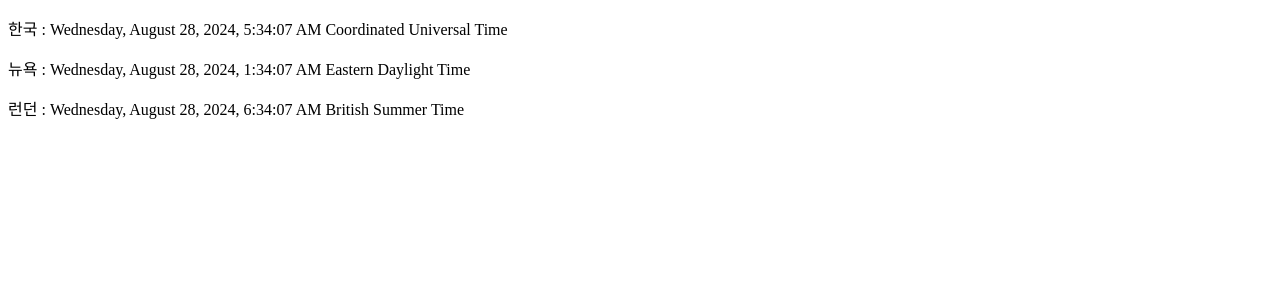
Repository: zhyuk/FullStackStudy
Page: http://localhost/jsptwo/13_02_jstl_fmt05.jsp
An editor plug-in stored every save of this project. The page is shown before and after the next save, followed by the edit.
The browser window is 1280 px wide. The pictures show the whole page.
The page is served by Tomcat 9. Other server files are loaded and not shown.

Above is the page before, as saved 2024-08-30 06:39:05.

### jsp/jspwork/jsptwo/src/main/webapp/13_02_jstl_fmt05.jsp
<%@ page language="java" contentType="text/html; charset=UTF-8"
    pageEncoding="UTF-8"%>
<%@ taglib prefix="fmt" uri="http://java.sun.com/jsp/jstl/fmt" %>
<!DOCTYPE html>
<html>
<head>
<meta charset="UTF-8">
<title>Insert title here</title>
</head>
<body>
	<jsp:useBean id="now" class="java.util.Date"/>
	<p>한국 : <fmt:formatDate value="${now}" type="both" dateStyle="full" timeStyle="full"/></p>

	<p>
		<fmt:timeZone value="America/New_York">
		뉴욕 : <fmt:formatDate value="${now}" type="both" dateStyle="full" timeStyle="full"/>
		</fmt:timeZone>
	</p>

	<p>
		<fmt:timeZone value="Europe/London">
		런던 : <fmt:formatDate value="${now}" type="both" dateStyle="full" timeStyle="full"/>
		</fmt:timeZone>
	</p>
</body>
</html>

After the next save:
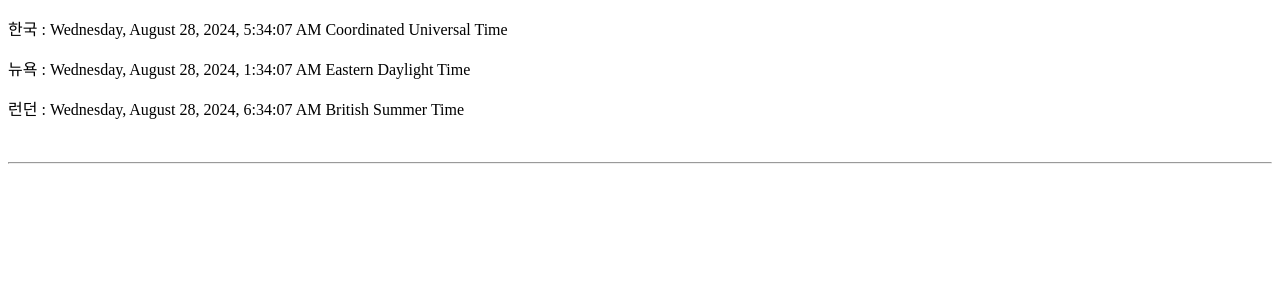
Saved 8 s later.
--- a/jsp/jspwork/jsptwo/src/main/webapp/13_02_jstl_fmt05.jsp
+++ b/jsp/jspwork/jsptwo/src/main/webapp/13_02_jstl_fmt05.jsp
@@ -22,5 +22,6 @@
 		런던 : <fmt:formatDate value="${now}" type="both" dateStyle="full" timeStyle="full"/>
 		</fmt:timeZone>
 	</p>
+	<br><hr>
 </body>
 </html>
